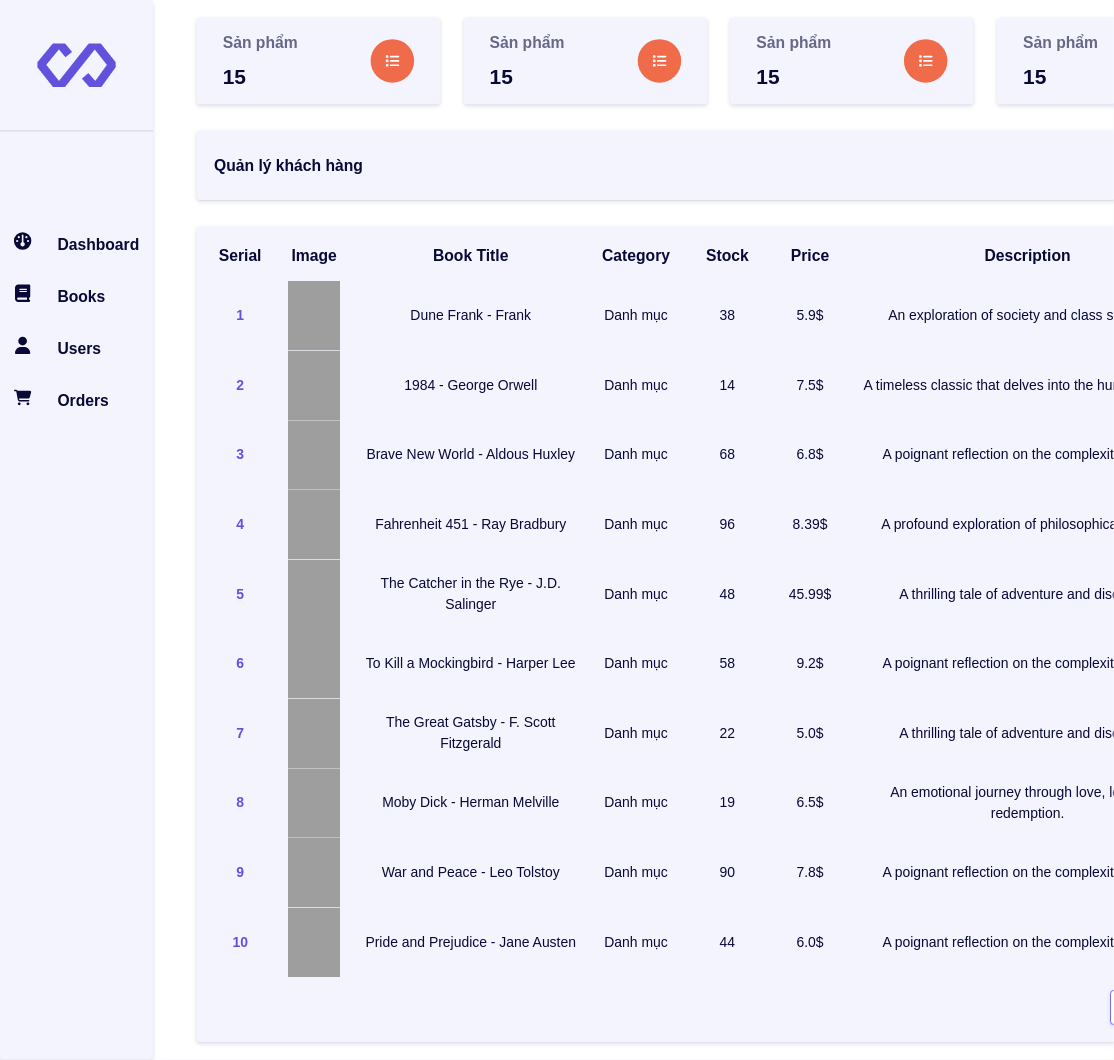
Repository: kauittt/BookStore_FE
Page: / (app in book-store/)
An editor plug-in stored every save of this project. The page is shown before and after the next save, followed by the edit.
The browser window is 1280 px wide. The pictures show the whole page, at 87% of full size.
Pictures or frames that could not be fetched are drawn as grey boxes. The project was rebuilt for these pictures with package versions that can differ from the ones it lists, and the page was loaded fresh each time. Also part of the build but not shown: book-store/vite.config.js, book-store/src/components/elements/FormInput.jsx, book-store/src/components/login-signup/Login.jsx, book-store/src/components/book/BookItem.jsx, book-store/src/components/book/BookList.jsx, book-store/src/components/elements/BackNavigation.jsx, book-store/src/components/book/BookDetail.jsx, book-store/src/components/cart/QuantitySelector.jsx and 4 more.

Above is the page before, as saved 2024-07-20 11:50:51.

After the next save:
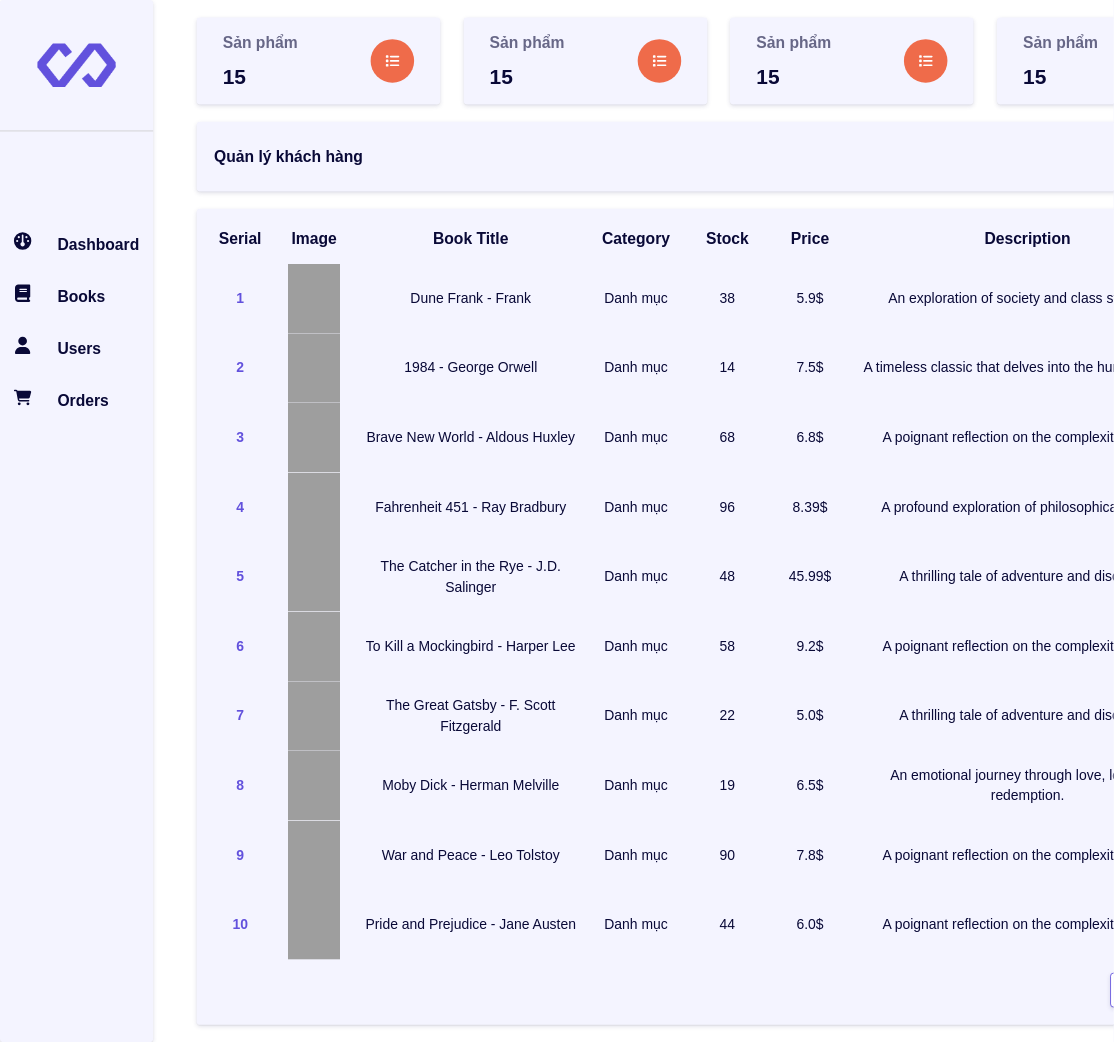
Saved 56 s later.
--- a/book-store/src/components/admin/AdminPage.jsx
+++ b/book-store/src/components/admin/AdminPage.jsx
@@ -20,7 +20,7 @@ const AdminPage = (props) => {
         "
         >
             <AdminNav></AdminNav>
-            <div className="flex flex-col gap-[30px] p-[20px]">
+            <div className="flex flex-col gap-[20px] p-[20px]">
                 <div className="flex justify-between items-center ">
                     <Card name="Sản phẩm" quantity={15} icon={faList}></Card>
                     <Card name="Sản phẩm" quantity={15} icon={faList}></Card>
